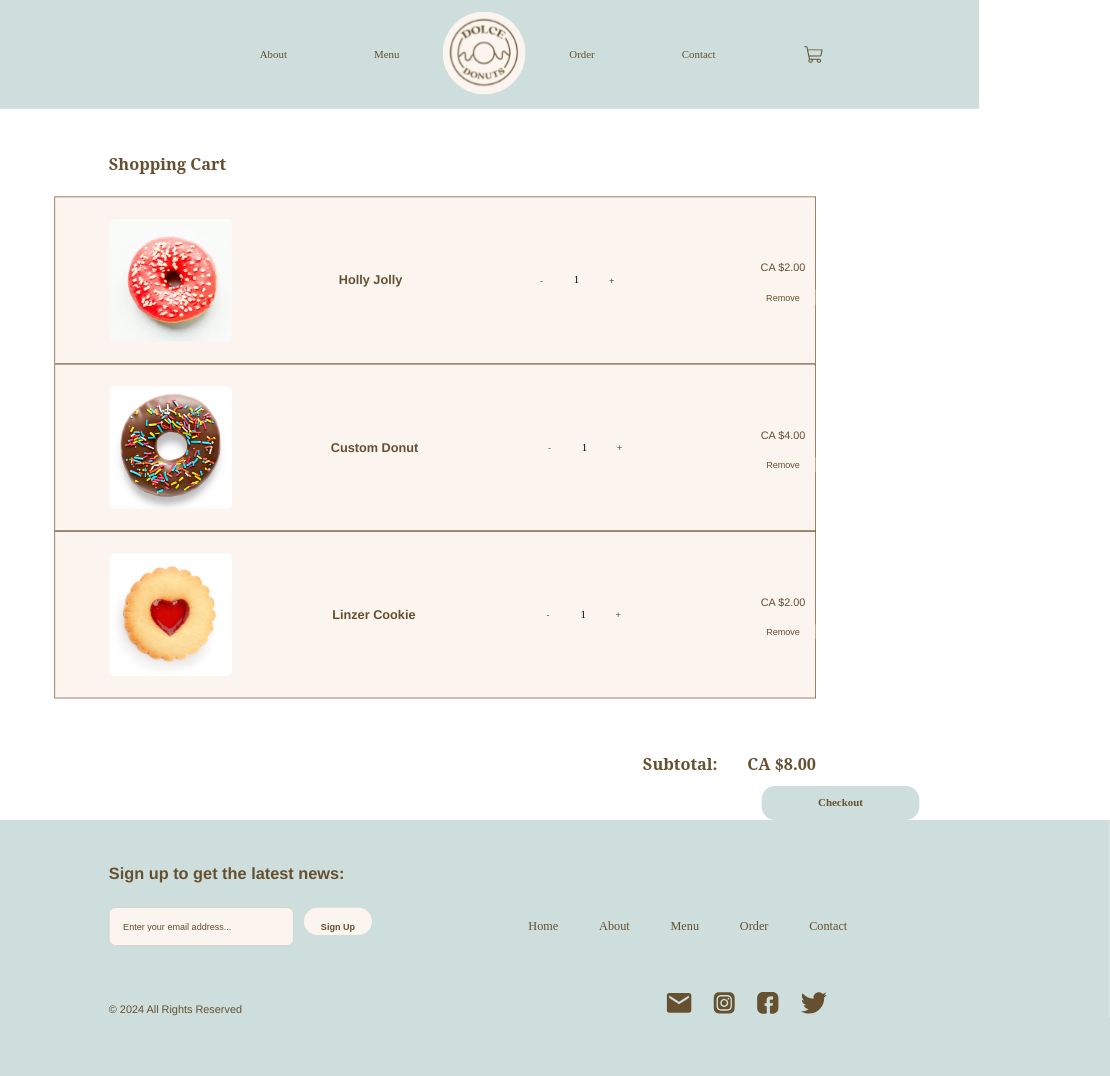
Repository: Crystalhtc/dolcedonuts
Page: /cart
These files come from the project's save history. The page is drawn as it stood at one moment and after the next save; the edit follows.
The browser window is 1280 px wide. The page is 1632 px wide, so the pictures cover 1632 px, including what lies to the right of the window. The pictures show the whole page, at 68% of full size.
The project was rebuilt for these pictures with package versions that can differ from the ones it lists, and the page was loaded fresh each time. Also part of the build but not shown: vite.config.js, src/pages/Home.module.css, src/components/ProductCard/ProductCard.jsx, src/Data/products.js, src/pages/Order.css, src/pages/Menu.jsx, src/pages/Order.jsx, src/pages/Contact.module.css and 17 more.

Above is the page before, as saved 2024-10-21 05:49:06.

After the next save:
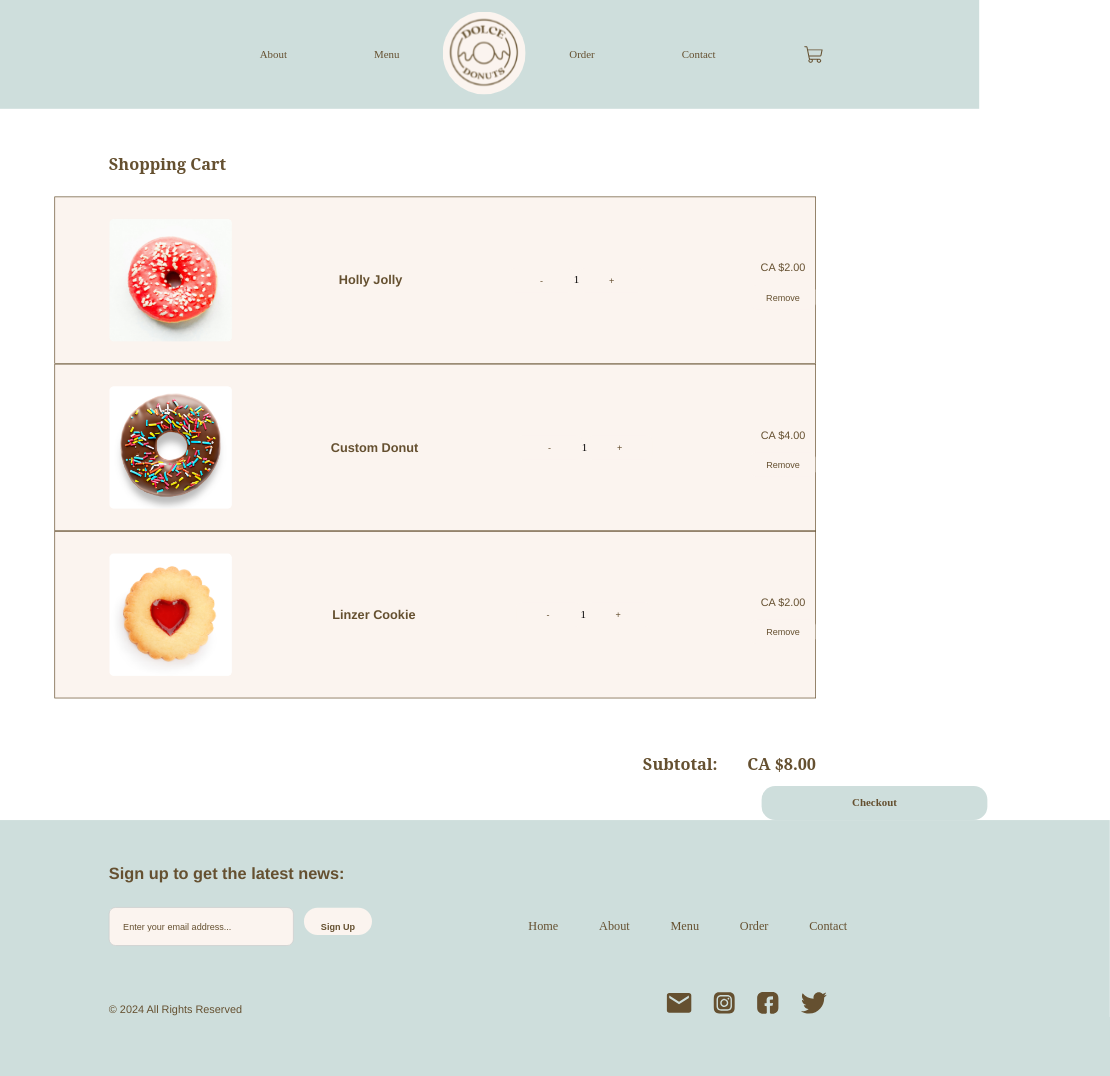
Saved 10 s later.
--- a/src/pages/Cart.jsx
+++ b/src/pages/Cart.jsx
@@ -120,7 +120,7 @@ export default function Cart() {
 
             <div className={styles.totalContainer}>
                 <h2 className={styles.totalH2}>Subtotal: &nbsp;&nbsp;&nbsp;&nbsp;&nbsp; CA ${calculateTotal()}</h2>
-                <div className={styles.checkoutBtn} style={{ width: '200px'}}>
+                <div className={styles.checkoutBtn} style={{ width: '300px'}}>
                     <MintButton buttonText="Checkout" />
                 </div>
 
